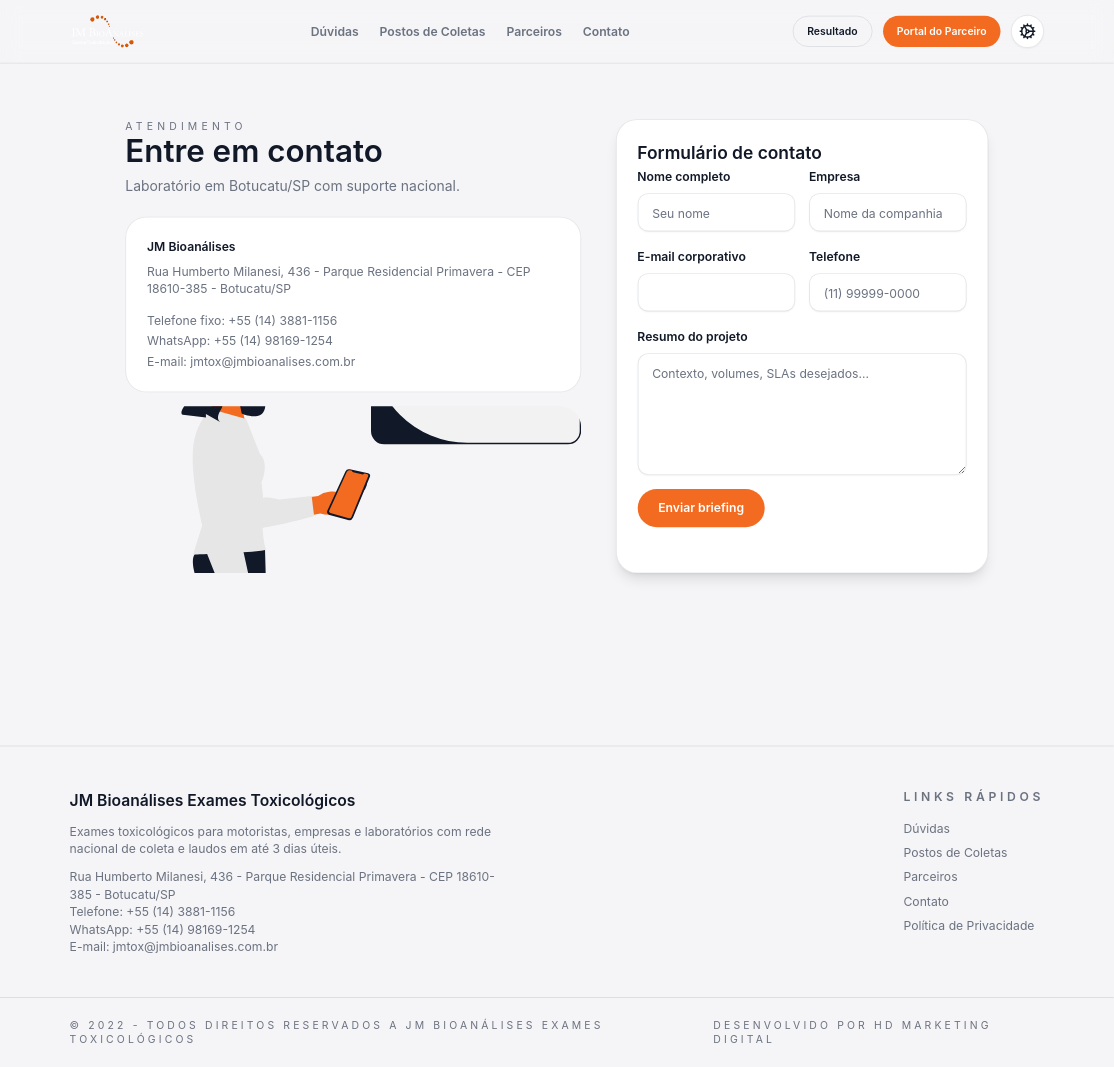
Repository: 1xLab/cat1
Page: /contato
The author's editor kept a copy of each file at every save. The page is drawn from the files as they stood at one save, then again after the next save.
The browser window is 1280 px wide. The pictures show the whole page, at 87% of full size.
The page's requests for data from a server got no answer. The project was rebuilt for these pictures with package versions that can differ from the ones it lists, and the page was loaded fresh each time. The framework's server and built-in components were replaced by stand-ins that run in the browser. No one was signed in, and anything a server would have sent is missing. Also part of the build but not shown: next.config.ts.

Above is the page before, as saved 2025-11-19 22:19:26.

### src/app/layout.tsx
import type { Metadata } from "next";
import { Geist, Geist_Mono } from "next/font/google";
import "./globals.css";

import { Header } from "@/components/layout/header";
import { Footer } from "@/components/layout/footer";
import { baseMetadata } from "@/lib/seo";
import { LabSchema } from "@/components/seo/lab-schema";
import { TagManager } from "@/components/analytics/tag-manager";

const geistSans = Geist({
  variable: "--font-geist-sans",
  subsets: ["latin"],
});

const geistMono = Geist_Mono({
  variable: "--font-geist-mono",
  subsets: ["latin"],
});

export const metadata: Metadata = baseMetadata;

export default function RootLayout({
  children,
}: Readonly<{
  children: React.ReactNode;
}>) {
  return (
    <html lang="pt-BR" data-theme="sunrise">
      <body className={`${geistSans.variable} ${geistMono.variable} antialiased`}>
        <TagManager />
        <LabSchema />
        <Header />
        <main className="min-h-screen bg-[var(--color-bg)] text-[var(--color-text)]">
          {children}
        </main>
        <Footer />
      </body>
    </html>
  );
}

### src/app/contato/page.tsx
import Image from "next/image";
import type { Metadata } from "next";
import { ContactForm } from "@/components/forms/contact-form";
import { siteConfig } from "@/lib/site";

const channels = [
  { label: "Telefone fixo", value: siteConfig.contacts.phone },
  { label: "WhatsApp", value: siteConfig.contacts.mobile },
  { label: "E-mail", value: siteConfig.contacts.email },
];

export const metadata: Metadata = {
  title: "Contato | JM Tox",
};

const illustration = "/imagens/illustration-contato-v2.svg";

export default function ContatoPage() {
  return (
    <section className="mx-auto max-w-5xl px-4 py-16">
      <div className="grid gap-10 lg:grid-cols-[1.1fr_0.9fr]">
        <div>
          <p className="text-xs uppercase tracking-[0.4em] text-[var(--color-text-muted)]">
            Atendimento
          </p>
          <h1 className="text-4xl font-semibold text-[var(--color-text)]">
            Entre em contato
          </h1>
          <p className="mt-2 text-[var(--color-text-muted)]">
            Laboratório em Botucatu/SP com suporte nacional.
          </p>
          <div className="mt-6 flex flex-col gap-4">
            <div className="rounded-3xl border border-[var(--color-outline)] bg-[var(--color-surface)] p-6">
              <p className="text-sm font-semibold text-[var(--color-text)]">
                JM Bioanálises
              </p>
              <p className="mt-2 text-sm text-[var(--color-text-muted)]">
                {siteConfig.address}
              </p>
              <div className="mt-4 space-y-1 text-sm text-[var(--color-text-muted)]">
                {channels.map((channel) => (
                  <p key={channel.label}>
                    {channel.label}: {channel.value}
                  </p>
                ))}
              </div>
            </div>
            <div className="relative h-48 rounded-3xl">
              <Image
                src={illustration}
                alt="Atendimento para motoristas"
                fill
                className="rounded-3xl object-cover"
                sizes="(min-width: 768px) 400px, 100vw"
              />
            </div>
          </div>
        </div>
        <div className="rounded-3xl border border-[var(--color-outline)] bg-[var(--color-surface)] p-6 shadow-lg">
          <h2 className="text-xl font-semibold text-[var(--color-text)]">
            Formulário de contato
          </h2>
          <ContactForm />
        </div>
      </div>
    </section>
  );
}

### src/app/globals.css
@tailwind base;
@tailwind components;
@tailwind utilities;

:root {
  --color-bg: #f5f5f7;
  --color-surface: #ffffff;
  --color-text: #111827;
  --color-text-muted: #6b7280;
  --color-primary: #f26b21;
  --color-primary-dark: #c65310;
  --color-header: #050608;
  --color-outline: rgba(15, 23, 42, 0.1);
}

[data-theme="sunrise"] {
  --color-bg: #f5f5f7;
  --color-surface: #ffffff;
  --color-text: #111827;
  --color-text-muted: #6b7280;
  --color-primary: #f26b21;
  --color-primary-dark: #c65310;
  --color-header: #050608;
}

[data-theme="midnight"] {
  --color-bg: #050608;
  --color-surface: #111827;
  --color-text: #f9fafb;
  --color-text-muted: #9ca3af;
  --color-primary: #f26b21;
  --color-primary-dark: #f26b21;
  --color-header: #000000;
  --color-outline: rgba(255, 255, 255, 0.1);
}

[data-theme="clinical"] {
  --color-bg: #f3f6fb;
  --color-surface: #ffffff;
  --color-text: #0f172a;
  --color-text-muted: #3f4d63;
  --color-primary: #2563eb;
  --color-primary-dark: #1d4ed8;
  --color-header: #0f172a;
  --color-outline: rgba(15, 23, 42, 0.08);
}

[data-theme="high-contrast"] {
  --color-bg: #000000;
  --color-surface: #000000;
  --color-text: #ffffff;
  --color-text-muted: #f3f4f6;
  --color-primary: #ffbf00;
  --color-primary-dark: #f59e0b;
  --color-header: #000000;
  --color-outline: rgba(255, 255, 255, 0.2);
}

[data-theme="dark"] {
  --color-bg: #111436;
  --color-surface: rgba(255, 255, 255, 0.08);
  --color-text: #fefefe;
  --color-text-muted: #d4ddff;
  --color-primary: #f97316;
  --color-primary-dark: #ea580c;
  --color-header: rgba(17, 20, 54, 0.9);
  --color-outline: rgba(255, 255, 255, 0.2);
}

@layer base {
  * {
    box-sizing: border-box;
  }

  body {
    background: var(--color-bg);
    color: var(--color-text);
    font-family: "Inter", system-ui, -apple-system, BlinkMacSystemFont,
      "Segoe UI", sans-serif;
    min-height: 100vh;
  }
}

@layer utilities {
  .text-balance {
    text-wrap: balance;
  }

  .glass-panel {
    background: color-mix(in srgb, var(--color-surface) 90%, transparent);
    backdrop-filter: blur(18px);
    border: 1px solid color-mix(in srgb, var(--color-outline) 80%, transparent);
    border-radius: 1.5rem;
    box-shadow: 0 15px 45px rgba(15, 23, 42, 0.12);
  }
}

### src/lib/seo.ts
import type { Metadata } from "next";
import { siteConfig } from "./site";

type SEOParams = {
  title?: string;
  description?: string;
  path?: string;
};

export const baseMetadata: Metadata = {
  metadataBase: new URL(siteConfig.url),
  title: {
    default: `${siteConfig.name} | Laboratório de Toxicologia`,
    template: `%s | ${siteConfig.name}`,
  },
  description: siteConfig.description,
  openGraph: {
    type: "website",
    url: siteConfig.url,
    title: siteConfig.name,
    description: siteConfig.description,
    images: [
      {
        url: siteConfig.ogImage,
        width: 1200,
        height: 630,
        alt: siteConfig.name,
      },
    ],
  },
  twitter: {
    card: "summary_large_image",
    title: siteConfig.name,
    description: siteConfig.description,
    images: [siteConfig.ogImage],
  },
  icons: {
    icon: "/favicon.ico",
  },
};

export const generatePageMetadata = ({
  title,
  description,
  path = "",
}: SEOParams): Metadata => ({
  ...baseMetadata,
  title,
  description,
  alternates: {
    canonical: path ? `${siteConfig.url}${path}` : siteConfig.url,
  },
});

### src/components/seo/lab-schema.tsx
export function LabSchema() {
  const jsonLd = {
    "@context": "https://schema.org",
    "@type": "MedicalOrganization",
    name: "JM Bioanálises Exames Toxicológicos",
    url: "https://jmtox.com.br",
    address: {
      "@type": "PostalAddress",
      streetAddress:
        "Rua Humberto Milanesi, 436 - Parque Residencial Primavera",
      addressLocality: "Botucatu",
      addressRegion: "SP",
      postalCode: "18610-385",
      addressCountry: "BR",
    },
    contactPoint: {
      "@type": "ContactPoint",
      telephone: "+55-14-3881-1156",
      contactType: "customer service",
      availableLanguage: ["Portuguese", "English"],
    },
    sameAs: ["https://www.linkedin.com/company/jmbioanalises"],
    medicalSpecialty: ["Toxicologic"],
  };

  return (
    <script
      type="application/ld+json"
      dangerouslySetInnerHTML={{ __html: JSON.stringify(jsonLd) }}
    />
  );
}

### src/components/analytics/tag-manager.tsx
"use client";

import Script from "next/script";

export function TagManager() {
  const id = process.env.NEXT_PUBLIC_GTM_ID;
  if (!id) return null;

  return (
    <>
      <Script id="gtm-loader">
        {`
          (function(w,d,s,l,i){w[l]=w[l]||[];w[l].push({'gtm.start':
          new Date().getTime(),event:'gtm.js'});var f=d.getElementsByTagName(s)[0],
          j=d.createElement(s),dl=l!='dataLayer'?'&l='+l:'';j.async=true;j.src=
          'https://www.googletagmanager.com/gtm.js?id='+i+dl;f.parentNode.insertBefore(j,f);
          })(window,document,'script','dataLayer','${id}');
        `}
      </Script>
      <noscript>
        <iframe
          src={`https://www.googletagmanager.com/ns.html?id=${id}`}
          height="0"
          width="0"
          style={{ display: "none", visibility: "hidden" }}
        />
      </noscript>
    </>
  );
}

### src/lib/site.ts
export const siteConfig = {
  name: "JM Bioanálises Exames Toxicológicos",
  description:
    "Exames toxicológicos para motoristas, empresas e laboratórios com rede nacional de coleta e laudos em até 3 dias úteis.",
  url: "https://jmtox.com.br",
  ogImage: "/logo-jm-bioanalises-branco.png",
  social: {
    linkedin: "https://www.linkedin.com/company/jmbioanalises",
    whatsapp: "https://api.whatsapp.com/send?phone=5514981691254",
  },
  contacts: {
    phone: "+55 (14) 3881-1156",
    mobile: "+55 (14) 98169-1254",
    email: "jmtox@jmbioanalises.com.br",
  },
  address:
    "Rua Humberto Milanesi, 436 - Parque Residencial Primavera - CEP 18610-385 - Botucatu/SP",
};

export type SiteConfig = typeof siteConfig;

### src/components/ui/button.tsx
"use client";

import * as React from "react";
import { Slot } from "@radix-ui/react-slot";
import { cva, type VariantProps } from "class-variance-authority";

import { cn } from "@/lib/utils";

const buttonVariants = cva(
  "inline-flex items-center justify-center whitespace-nowrap rounded-full text-sm font-semibold transition focus-visible:outline-none focus-visible:ring-2 focus-visible:ring-[var(--color-primary)] disabled:pointer-events-none disabled:opacity-60",
  {
    variants: {
      variant: {
        default:
          "bg-[var(--color-primary)] text-white hover:bg-[var(--color-primary-dark)]",
        secondary:
          "bg-[var(--color-surface)] text-[var(--color-text)] border border-[var(--color-outline)] hover:border-[var(--color-primary)]",
        outline:
          "border border-[var(--color-outline)] text-[var(--color-text)] hover:border-[var(--color-primary)] hover:text-[var(--color-text)]",
        ghost: "text-[var(--color-text)] hover:bg-[var(--color-outline)]/30",
        link: "underline-offset-4 text-[var(--color-primary)] hover:underline",
      },
      size: {
        default: "h-11 px-6",
        sm: "h-9 px-4 text-xs",
        lg: "h-12 px-8 text-base",
        icon: "h-10 w-10",
      },
    },
    defaultVariants: {
      variant: "default",
      size: "default",
    },
  }
);

export interface ButtonProps
  extends React.ButtonHTMLAttributes<HTMLButtonElement>,
    VariantProps<typeof buttonVariants> {
  asChild?: boolean;
}

const Button = React.forwardRef<HTMLButtonElement, ButtonProps>(
  ({ className, variant, size, asChild = false, ...props }, ref) => {
    const Comp = asChild ? Slot : "button";
    return (
      <Comp
        className={cn(buttonVariants({ variant, size, className }))}
        ref={ref}
        {...props}
      />
    );
  }
);
Button.displayName = "Button";

export { Button, buttonVariants };

### src/components/ui/input.tsx
import * as React from "react";
import { cn } from "@/lib/utils";

export type InputProps = React.InputHTMLAttributes<HTMLInputElement>;

const Input = React.forwardRef<HTMLInputElement, InputProps>(
  ({ className, type, ...props }, ref) => {
    return (
      <input
        type={type}
        className={cn(
          "flex h-11 w-full rounded-xl border border-[var(--color-outline)] bg-[var(--color-surface)] px-4 py-2 text-sm text-[var(--color-text)] shadow-sm transition placeholder:text-[var(--color-text-muted)] focus-visible:border-[var(--color-primary)] focus-visible:outline-none",
          className
        )}
        ref={ref}
        {...props}
      />
    );
  }
);
Input.displayName = "Input";

export { Input };

### src/components/ui/textarea.tsx
import * as React from "react";
import { cn } from "@/lib/utils";

export type TextareaProps =
  React.TextareaHTMLAttributes<HTMLTextAreaElement>;

const Textarea = React.forwardRef<HTMLTextAreaElement, TextareaProps>(
  ({ className, ...props }, ref) => {
    return (
      <textarea
        className={cn(
          "flex min-h-[140px] w-full rounded-xl border border-[var(--color-outline)] bg-[var(--color-surface)] px-4 py-3 text-sm text-[var(--color-text)] shadow-sm transition placeholder:text-[var(--color-text-muted)] focus-visible:border-[var(--color-primary)] focus-visible:outline-none",
          className
        )}
        ref={ref}
        {...props}
      />
    );
  }
);
Textarea.displayName = "Textarea";

export { Textarea };

### src/components/ui/label.tsx
"use client";

import * as React from "react";
import * as LabelPrimitive from "@radix-ui/react-label";
import { cn } from "@/lib/utils";

const Label = React.forwardRef<
  React.ElementRef<typeof LabelPrimitive.Root>,
  React.ComponentPropsWithoutRef<typeof LabelPrimitive.Root>
>(({ className, ...props }, ref) => (
  <LabelPrimitive.Root
    ref={ref}
    className={cn(
      "text-sm font-semibold text-[var(--color-text)] leading-none peer-disabled:cursor-not-allowed peer-disabled:opacity-70",
      className
    )}
    {...props}
  />
));
Label.displayName = LabelPrimitive.Root.displayName;

export { Label };

### src/lib/validators.ts
import { z } from "zod";

export const contactSchema = z.object({
  name: z.string().min(3, "Informe seu nome completo."),
  company: z.string().optional(),
  email: z.string().email("E-mail inválido."),
  phone: z.string().min(10, "Telefone inválido."),
  message: z.string().min(10, "Detalhe sua necessidade."),
});

export const resultsSchema = z.object({
  document: z.string().min(11, "Informe CPF ou CNPJ."),
  protocol: z.string().min(6, "Protocolo inválido."),
});

### src/lib/utils.ts
import { type ClassValue, clsx } from "clsx";
import { twMerge } from "tailwind-merge";

export function cn(...inputs: ClassValue[]) {
  return twMerge(clsx(inputs));
}

export function formatPhone(phone: string) {
  const digits = phone.replace(/\D/g, "");
  const match = digits.match(/^(\d{2})(\d{5})(\d{4})$/);
  if (!match) return phone;
  return `(${match[1]}) ${match[2]}-${match[3]}`;
}

export function slugify(value: string) {
  return value
    .toLowerCase()
    .normalize("NFD")
    .replace(/[\u0300-\u036f]/g, "")
    .replace(/[^a-z0-9]+/g, "-")
    .replace(/(^-|-$)+/g, "");
}

export function formatIsoDate(date: string) {
  return new Date(date).toLocaleDateString("pt-BR", {
    day: "2-digit",
    month: "short",
    year: "numeric",
  });
}

### tailwind.config.ts
import type { Config } from "tailwindcss";
import { fontFamily } from "tailwindcss/defaultTheme";
import animate from "tailwindcss-animate";

const config: Config = {
  darkMode: ["class"],
  content: ["./src/**/*.{ts,tsx}"],
  theme: {
    container: {
      center: true,
      padding: {
        DEFAULT: "1.5rem",
        md: "2rem",
      },
      screens: {
        "2xl": "1320px",
      },
    },
    extend: {
      colors: {
        border: "hsl(var(--border))",
        input: "hsl(var(--input))",
        ring: "hsl(var(--ring))",
        background: "hsl(var(--background))",
        foreground: "hsl(var(--foreground))",
        primary: {
          DEFAULT: "hsl(var(--primary))",
          foreground: "hsl(var(--primary-foreground))",
        },
        secondary: {
          DEFAULT: "hsl(var(--secondary))",
          foreground: "hsl(var(--secondary-foreground))",
        },
        muted: {
          DEFAULT: "hsl(var(--muted))",
          foreground: "hsl(var(--muted-foreground))",
        },
        accent: {
          DEFAULT: "hsl(var(--accent))",
          foreground: "hsl(var(--accent-foreground))",
        },
        destructive: {
          DEFAULT: "hsl(var(--destructive))",
          foreground: "hsl(var(--destructive-foreground))",
        },
        card: {
          DEFAULT: "hsl(var(--card))",
          foreground: "hsl(var(--card-foreground))",
        },
      },
      borderRadius: {
        lg: "var(--radius)",
        md: "calc(var(--radius) - 2px)",
        sm: "calc(var(--radius) - 4px)",
      },
      fontFamily: {
        sans: ["var(--font-geist-sans)", ...fontFamily.sans],
        mono: ["var(--font-geist-mono)", ...fontFamily.mono],
      },
      backgroundImage: {
        "grid-fade":
          "radial-gradient(circle at 20% 20%, hsla(var(--primary),0.25), transparent 55%), radial-gradient(circle at 80% 0%, hsla(var(--accent),0.3), transparent 60%)",
      },
    },
  },
  plugins: [animate],
};

export default config;

Loaded but not shown: src/components/forms/contact-form.tsx (101 lines, source omitted); src/components/theme-switcher.tsx (84 lines, source omitted); src/components/layout/header.tsx (64 lines, source omitted); src/components/layout/footer.tsx (59 lines, source omitted)

After the next save:
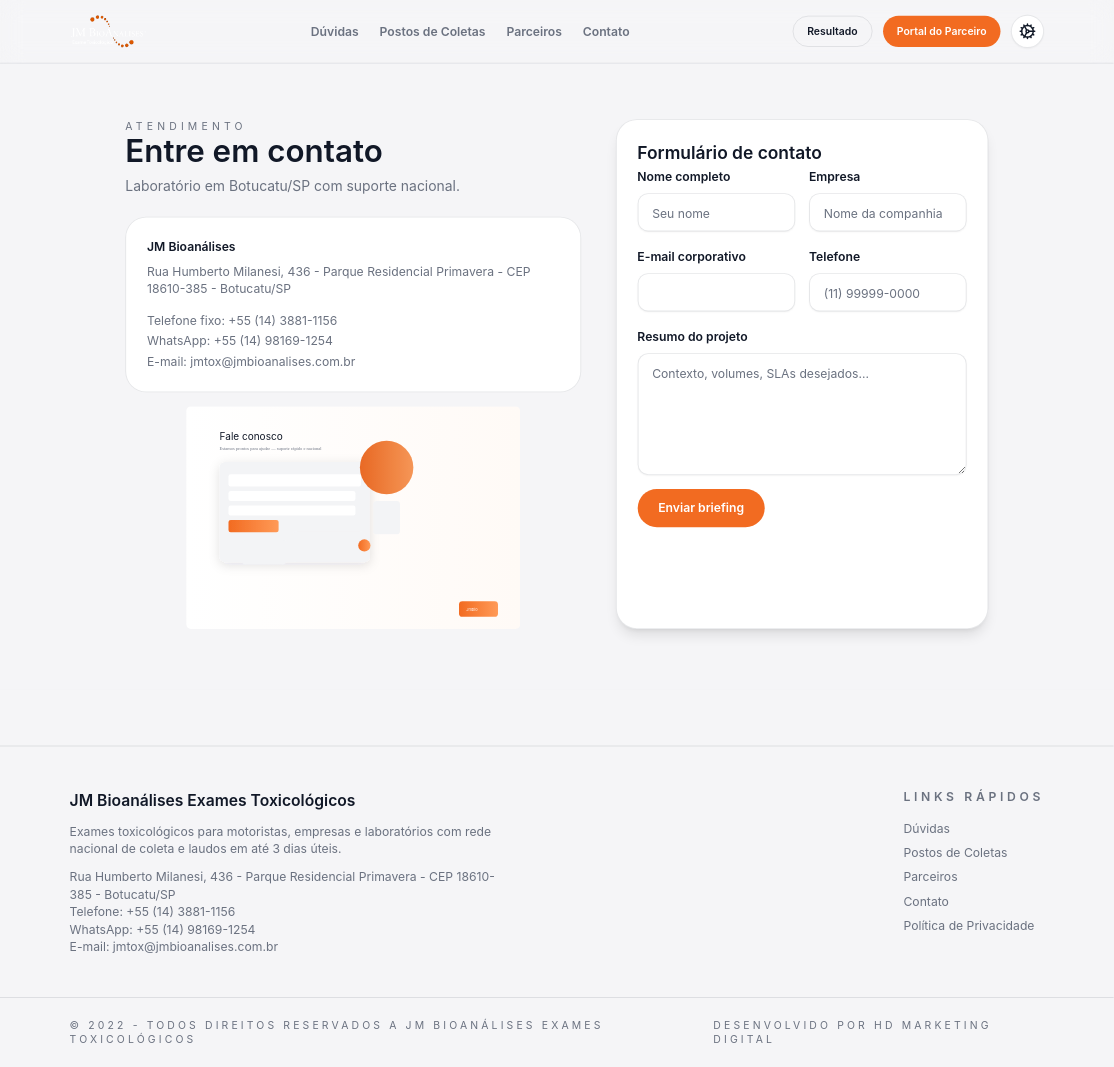
Saved 9 s later.
--- a/src/app/contato/page.tsx
+++ b/src/app/contato/page.tsx
@@ -13,7 +13,7 @@
   title: "Contato | JM Tox",
 };
 
-const illustration = "/imagens/illustration-contato-v2.svg";
+const illustration = "/imagens/illustration-contato-v3.svg";
 
 export default function ContatoPage() {
   return (
@@ -45,12 +45,12 @@
                 ))}
               </div>
             </div>
-            <div className="relative h-48 rounded-3xl">
+            <div className="relative h-48 md:h-64 rounded-3xl">
               <Image
                 src={illustration}
-                alt="Atendimento para motoristas"
+                alt="Ilustração Fale conosco"
                 fill
-                className="rounded-3xl object-cover"
+                className="rounded-3xl object-contain"
                 sizes="(min-width: 768px) 400px, 100vw"
               />
             </div>

After the save that followed:
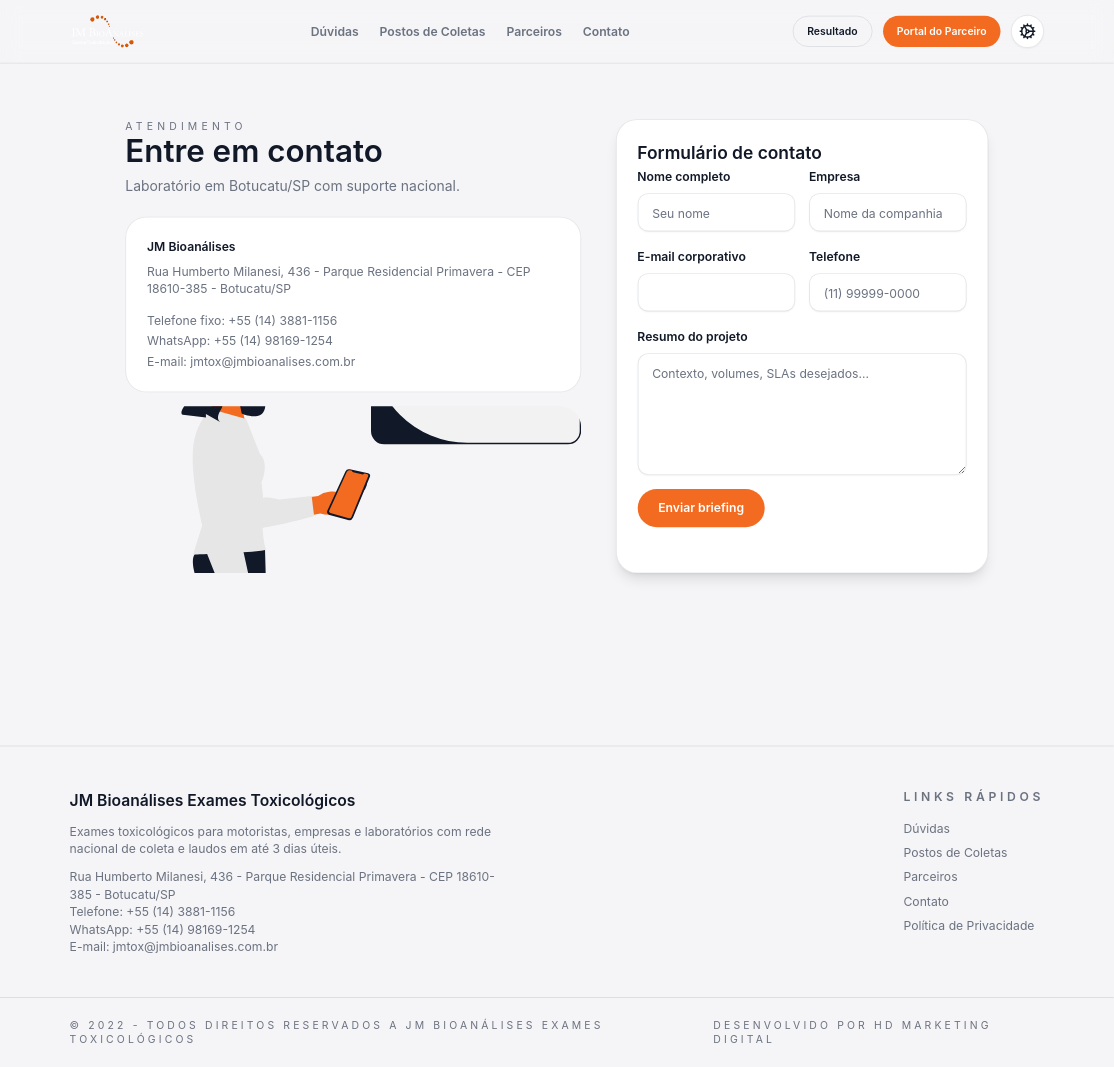
Saved 2 min 57 s later.
--- a/src/app/contato/page.tsx
+++ b/src/app/contato/page.tsx
@@ -13,7 +13,7 @@
   title: "Contato | JM Tox",
 };
 
-const illustration = "/imagens/illustration-contato-v3.svg";
+const illustration = "/imagens/illustration-contato-v2.svg";
 
 export default function ContatoPage() {
   return (
@@ -45,12 +45,12 @@
                 ))}
               </div>
             </div>
-            <div className="relative h-48 md:h-64 rounded-3xl">
+            <div className="relative h-48 rounded-3xl">
               <Image
                 src={illustration}
-                alt="Ilustração Fale conosco"
+                alt="Atendimento para motoristas"
                 fill
-                className="rounded-3xl object-contain"
+                className="rounded-3xl object-cover"
                 sizes="(min-width: 768px) 400px, 100vw"
               />
             </div>
